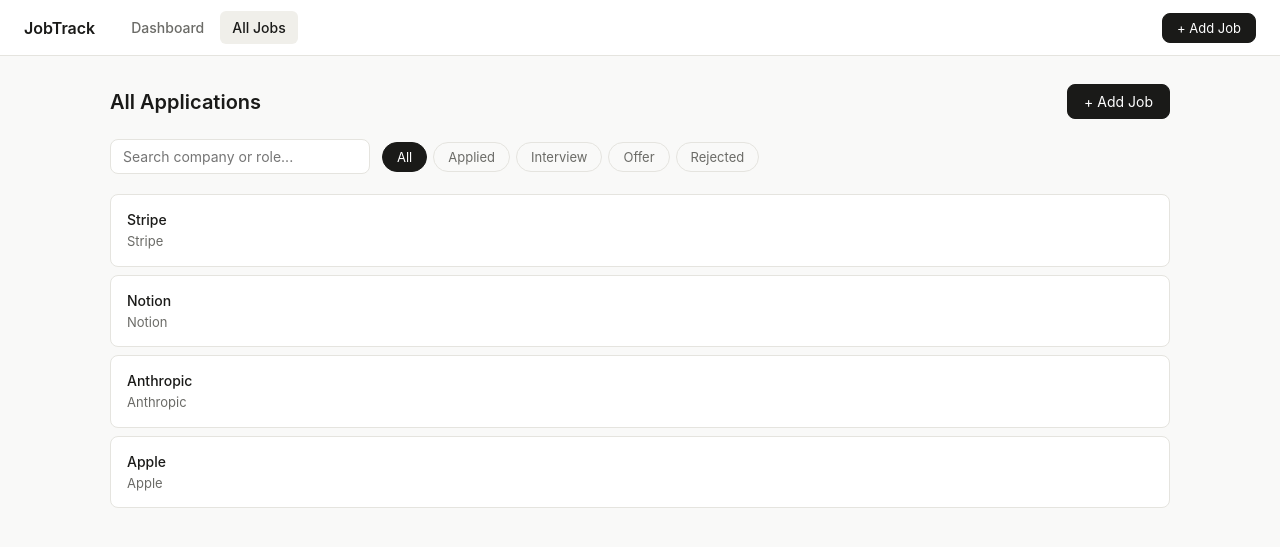
Repository: adtm0/jobtracker
Page: /jobs (app in frontend/)
An editor plug-in stored every save of this project. The page is shown before and after the next save, followed by the edit.
The browser window is 1280 px wide. The pictures show the whole page.
The project was rebuilt for these pictures with package versions that can differ from the ones it lists, and the page was loaded fresh each time. Also part of the build but not shown: frontend/vite.config.js, frontend/src/pages/Login.jsx, frontend/src/pages/Register.jsx, frontend/src/pages/Dashboard.jsx, frontend/src/pages/JobForm.jsx.

Above is the page before, as saved 2026-04-19 20:23:29.

After the next save:
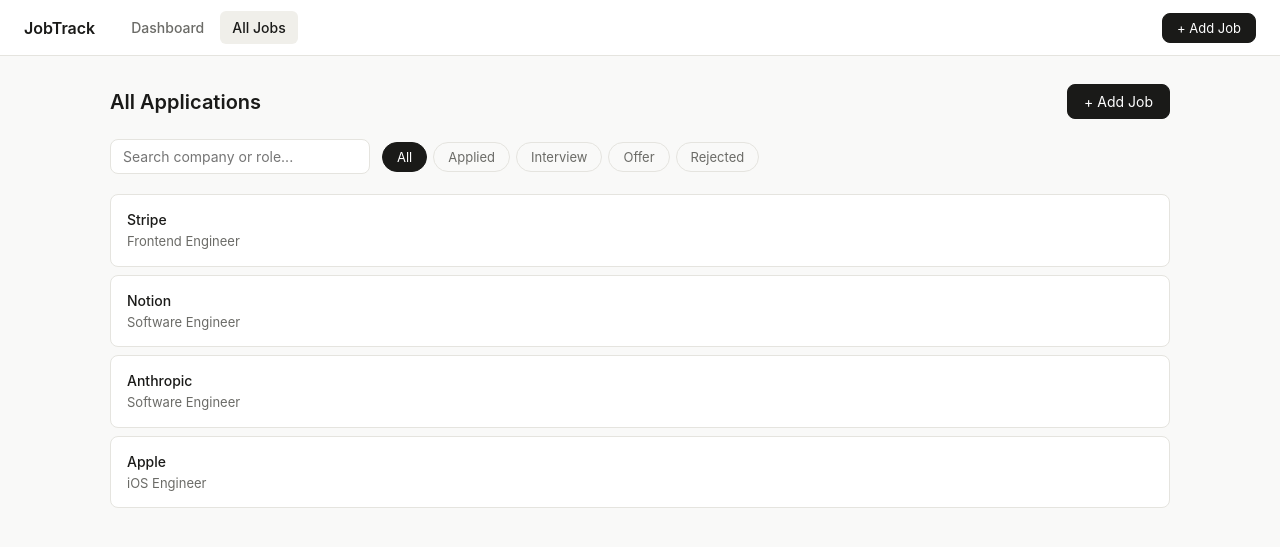
Saved 7 s later.
--- a/frontend/src/pages/Jobs.jsx
+++ b/frontend/src/pages/Jobs.jsx
@@ -138,7 +138,7 @@
             >
               <div style={{flex: 1}}>
                 <div style={{fontWeight: 500}}>{job.company}</div>
-                <div style={{color: '#6b6b67', fontSize: 13, marginTop: 2}}>{job.company}</div>
+                <div style={{color: '#6b6b67', fontSize: 13, marginTop: 2}}>{job.role}</div>
 
               </div>
             </div>
